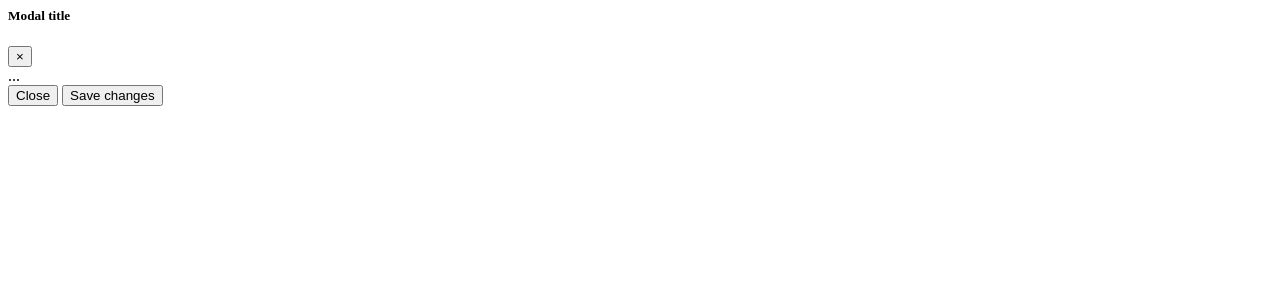
Repository: hrishibhattu/CodeFury-Internal-2
Page: ToYoDo/WebContent/WEB-INF/modal/quote.html
These files come from the project's save history. The page is drawn as it stood at one moment and after the next save; the edit follows.
The browser window is 1280 px wide. The pictures show the whole page.

Above is the page before, as saved 2021-09-19 00:32:36.

### ToYoDo/WebContent/WEB-INF/modal/quote.html
<!-- modal for creating new quote -->
<div class="modal fade" id="exampleModalCenter" tabindex="-1" role="dialog" aria-labelledby="exampleModalCenterTitle" aria-hidden="true">
  <div class="modal-dialog modal-dialog-centered" role="document">
    <div class="modal-content">
      <div class="modal-header">
        <h5 class="modal-title" id="exampleModalLongTitle">Modal title</h5>
        <button type="button" class="close" data-dismiss="modal" aria-label="Close">
          <span aria-hidden="true">&times;</span>
        </button>
      </div>
      <div class="modal-body">
        ...
      </div>
      <div class="modal-footer">
        <button type="button" class="btn btn-secondary" data-dismiss="modal">Close</button>
        <button type="button" class="btn btn-primary">Save changes</button>
      </div>
    </div>
  </div>
</div>

After the next save:
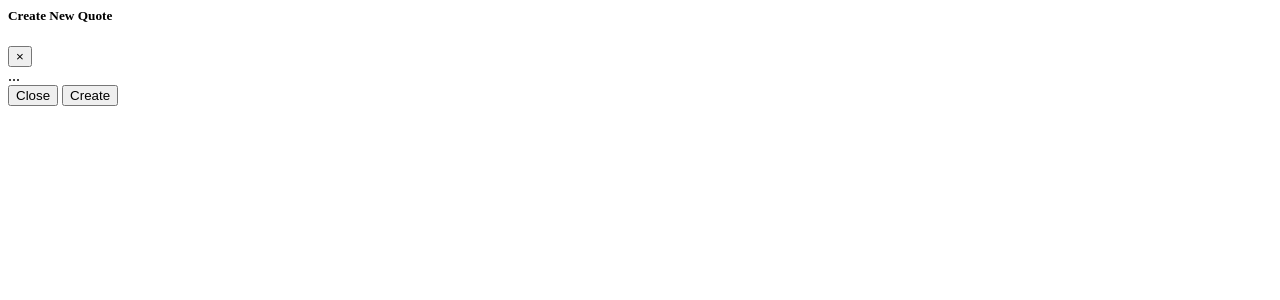
Saved 38 s later.
--- a/ToYoDo/WebContent/WEB-INF/modal/quote.html
+++ b/ToYoDo/WebContent/WEB-INF/modal/quote.html
@@ -3,7 +3,7 @@
   <div class="modal-dialog modal-dialog-centered" role="document">
     <div class="modal-content">
       <div class="modal-header">
-        <h5 class="modal-title" id="exampleModalLongTitle">Modal title</h5>
+        <h5 class="modal-title" id="exampleModalLongTitle">Create New Quote</h5>
         <button type="button" class="close" data-dismiss="modal" aria-label="Close">
           <span aria-hidden="true">&times;</span>
         </button>
@@ -13,7 +13,7 @@
       </div>
       <div class="modal-footer">
         <button type="button" class="btn btn-secondary" data-dismiss="modal">Close</button>
-        <button type="button" class="btn btn-primary">Save changes</button>
+        <button type="button" class="btn btn-primary">Create</button>
       </div>
     </div>
   </div>
